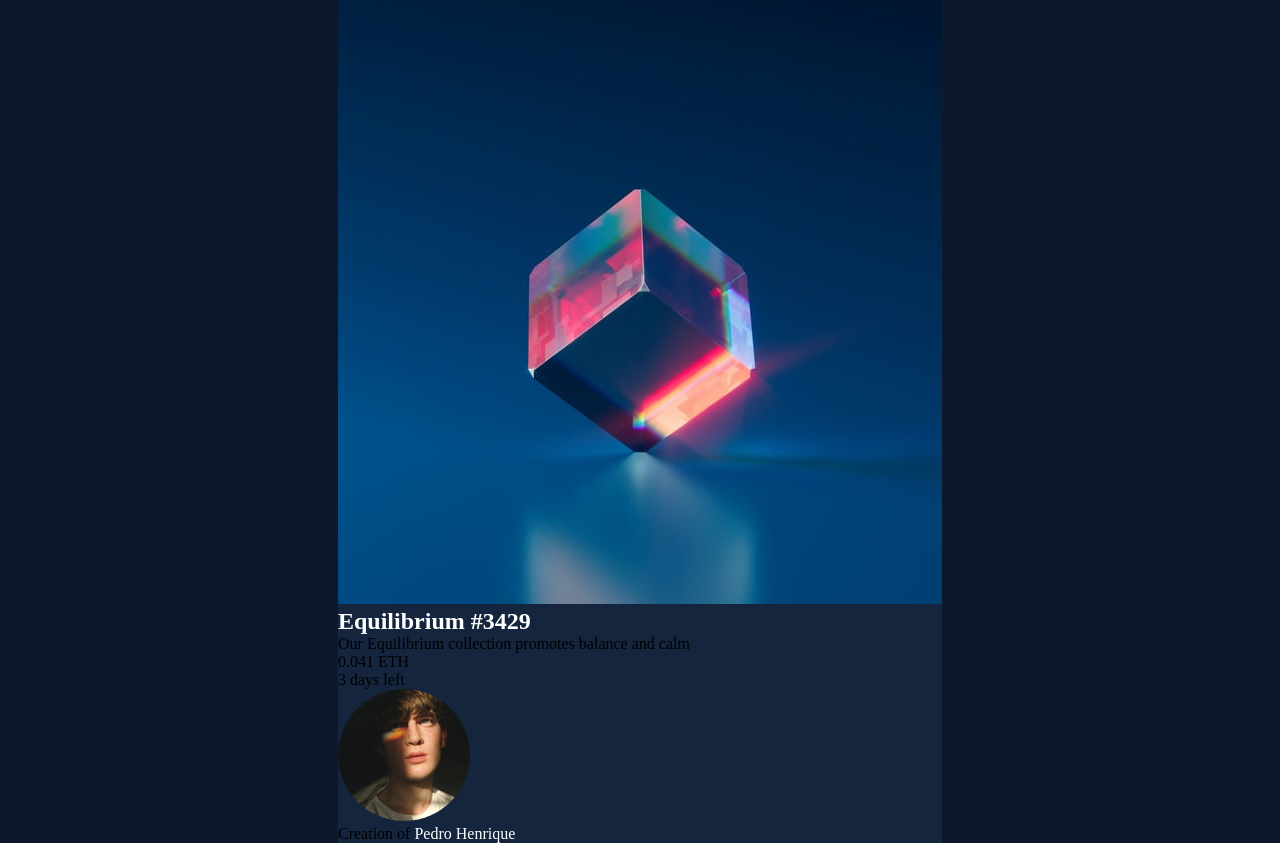
Repository: PedroHEAA/nft
Page: index.html
An editor plug-in stored every save of this project. The page is shown before and after a run of saves, followed by the edit.
The browser window is 1280 px wide. The pictures show the whole page.

Above is the page before, as saved 2022-11-03 19:46:40.

After the next 4 saves:
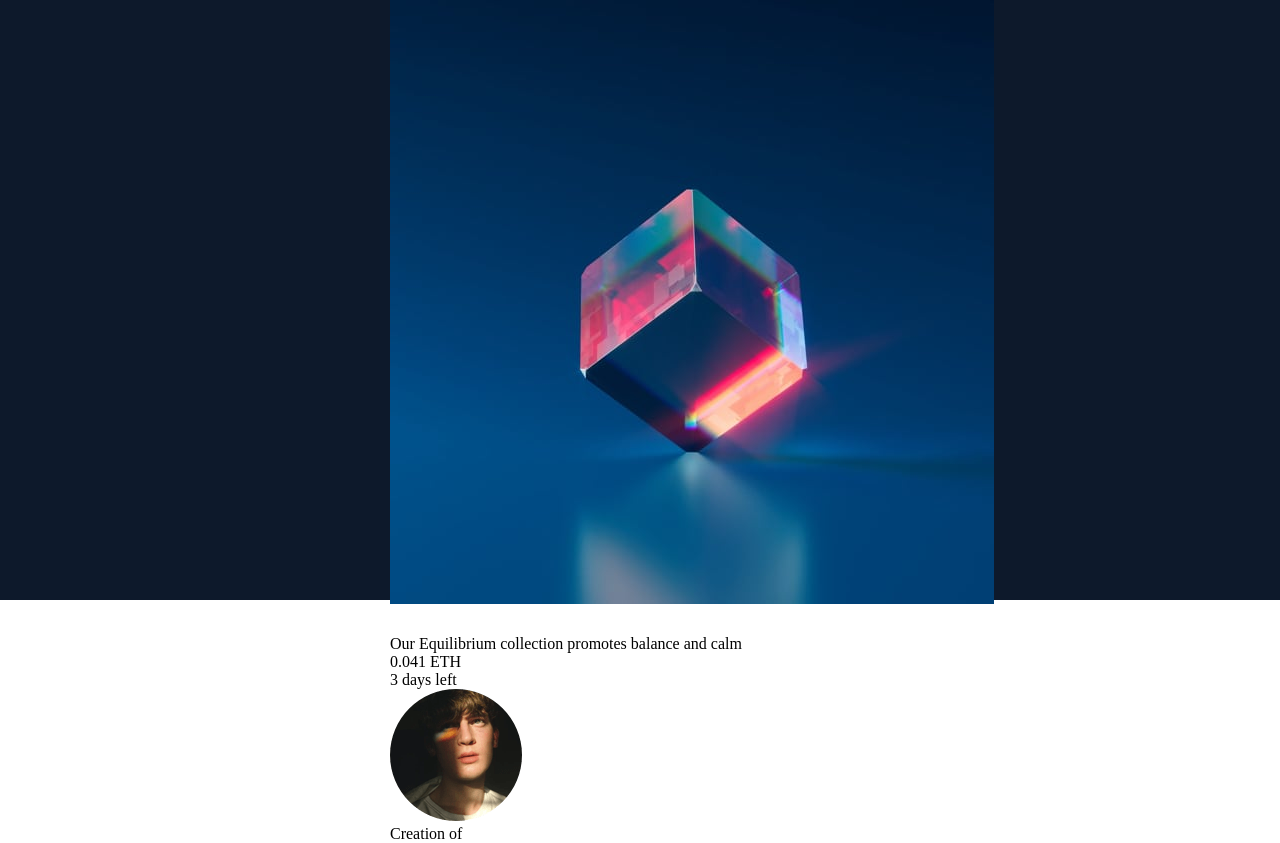
The 4 saves are shown as one change because they came seconds apart.
The last was saved 11 s later.
--- a/src/css/style.css
+++ b/src/css/style.css
@@ -10,6 +10,6 @@
 
 .card{
     background-color: var(--card-color);
-    /* width: 300px;
-    height: 600px; */
+    width: 500px;
+    height: 600px;
 }
